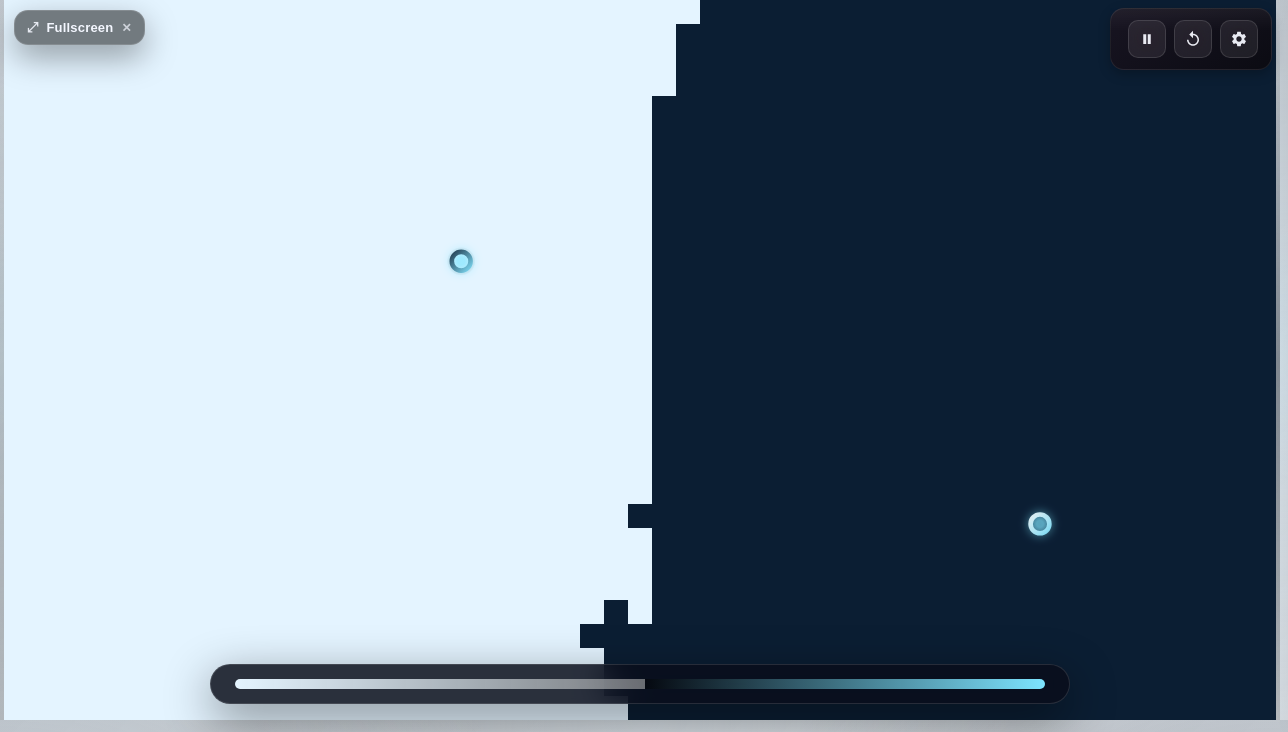
Repository: trevor050/pong
Page: index.html
An editor plug-in stored every save of this project. The page is shown before and after the next save, followed by the edit.
The browser window is 1280 px wide. The page is 1288 px wide, so the pictures cover 1288 px, including what lies to the right of the window. The pictures show the whole page.

Above is the page before, as saved 2025-12-07 17:01:26.

After the next save:
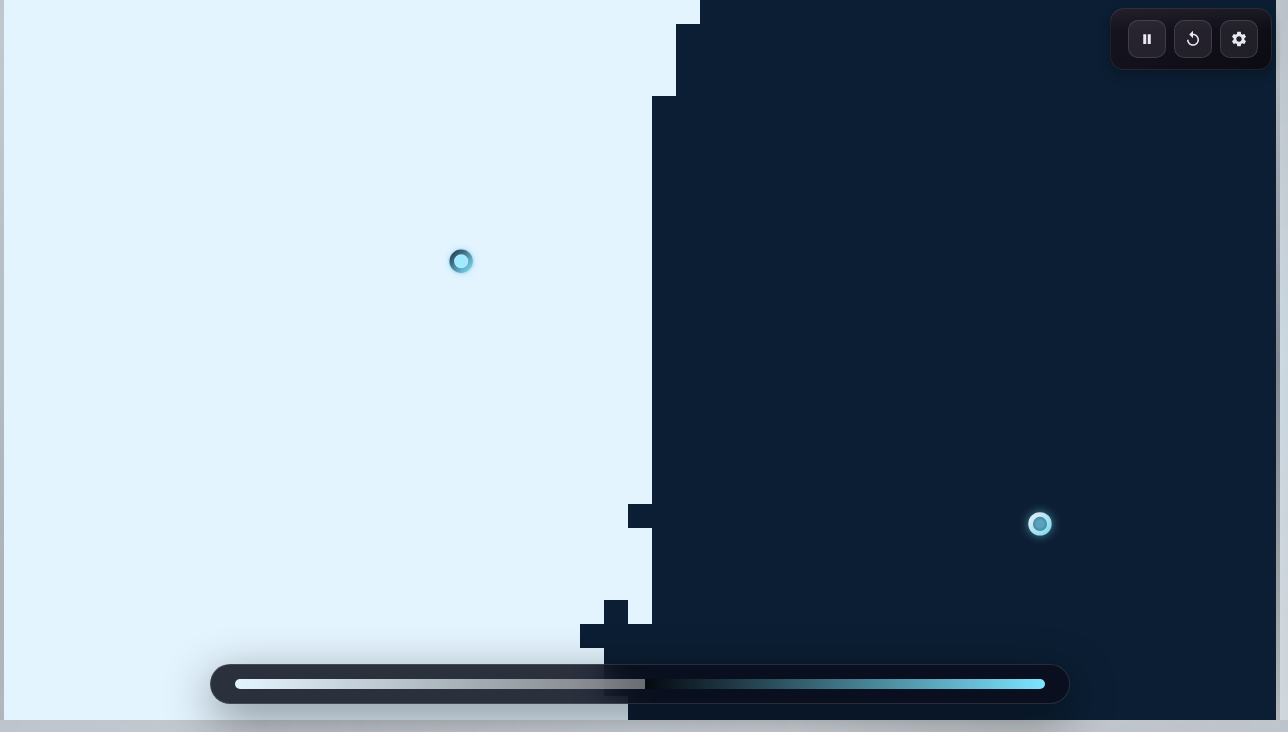
Saved 9 s later.
--- a/index.html
+++ b/index.html
@@ -30,9 +30,7 @@
   <main class="shell">
     <div class="canvas-frame" id="canvasFrame">
       <canvas id="gameCanvas" width="720" height="720"></canvas>
-      <button class="fullscreen-hint" id="fullscreenHint" title="Enter fullscreen" aria-label="Enter fullscreen">
-        <span class="hint-icon">⤢</span> <span class="hint-text">Fullscreen</span> <span class="hint-dismiss">✕</span>
-      </button>
+      <!-- Fullscreen hint button removed. JS is guarded to handle absence. -->
       <div class="score-notch" id="scoreNotch">
         <div class="score-notch__bar">
           <div class="score-notch__day"></div>
